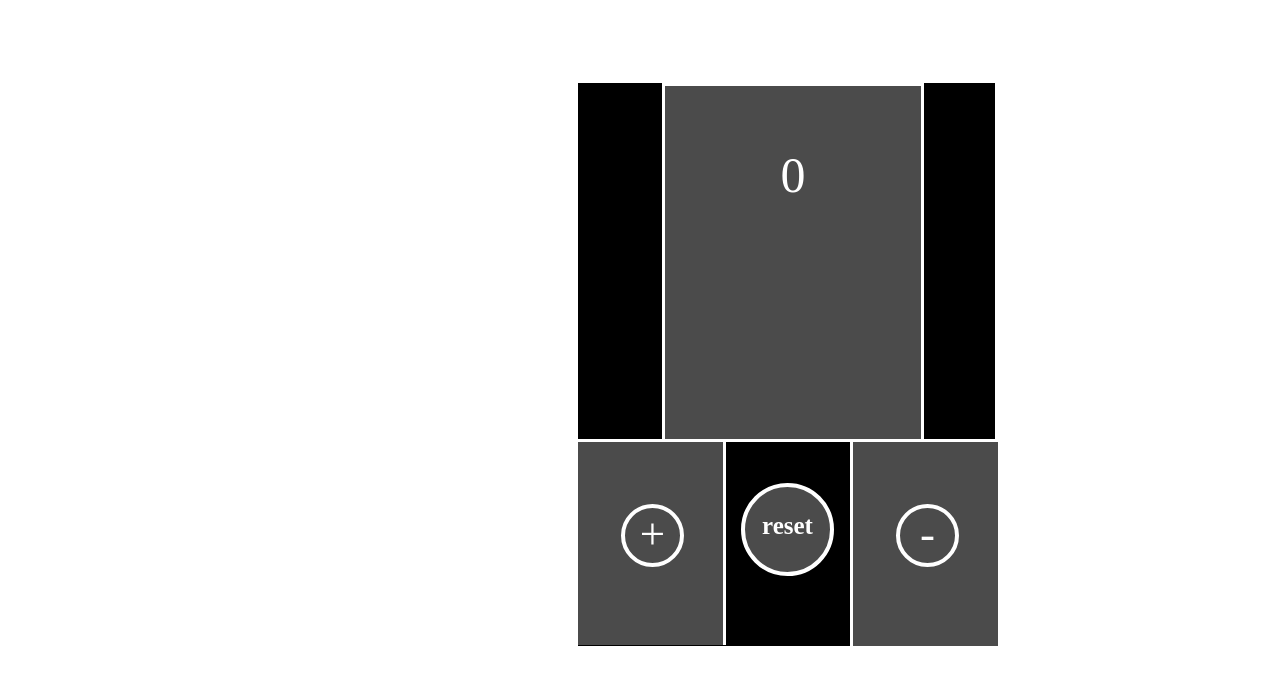
Repository: sara55m/Counter_App
Page: index.html
The author's editor kept a copy of each file at every save. The page is drawn from the files as they stood at one save, then again after the next save.
The browser window is 1280 px wide. The pictures show the whole page.

Above is the page before, as saved 2024-07-31 18:40:57.

After the next save:
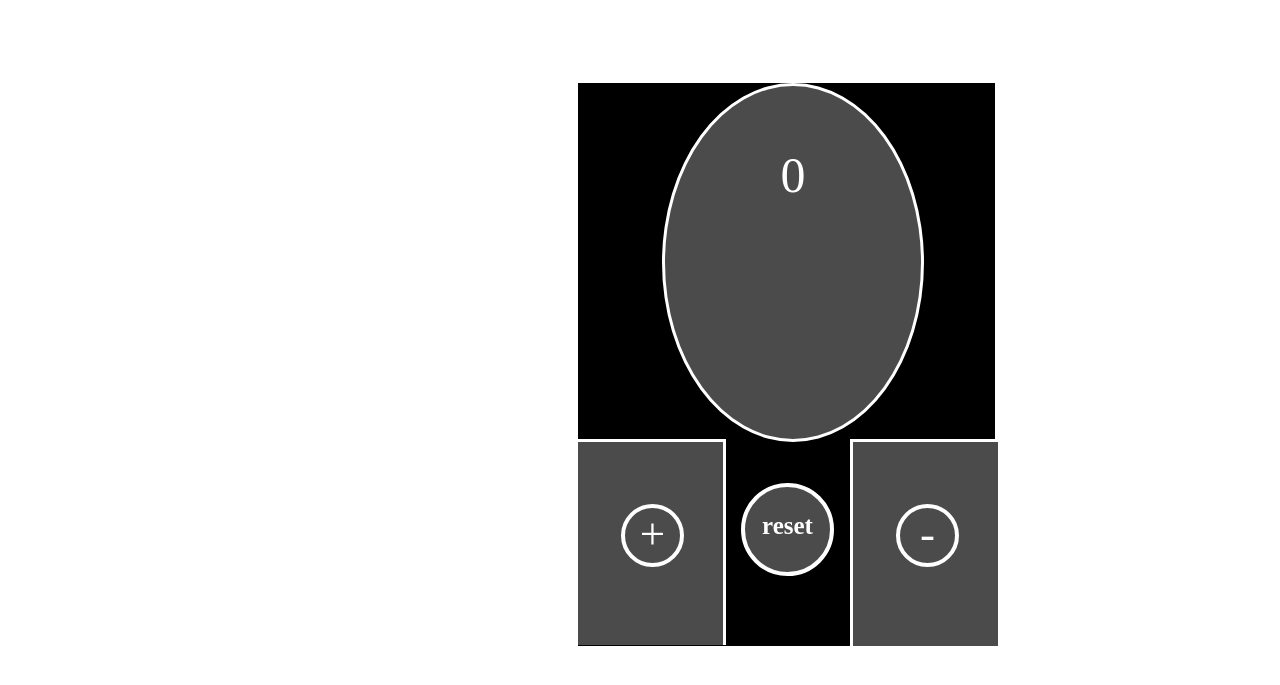
Saved 8 h 58 min later.
--- a/css/style.css
+++ b/css/style.css
@@ -24,6 +24,7 @@ p.one{
     font-size: 50px;
     padding:10px;
     color:white;
+    border-radius:50%;
 
 
 }
